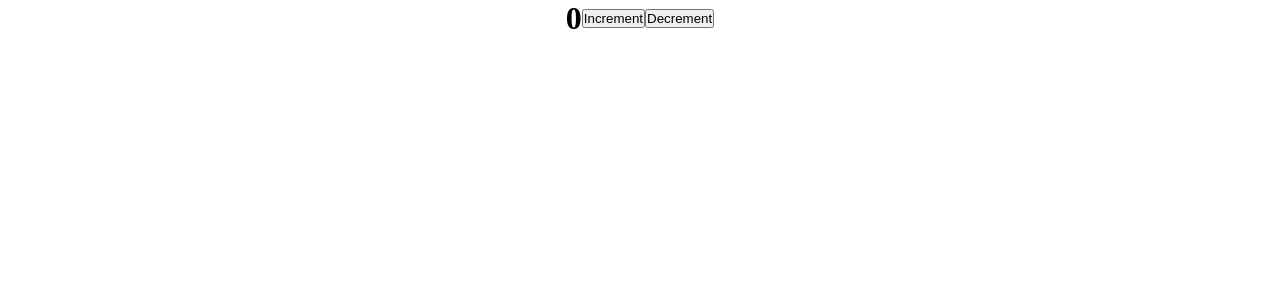
Repository: Ellisvelandia/react_introduction_test
Page: /
An editor plug-in stored every save of this project. The page is shown before and after the next save, followed by the edit.
The browser window is 1280 px wide. The pictures show the whole page.
The project was rebuilt for these pictures with package versions that can differ from the ones it lists, and the page was loaded fresh each time. Also part of the build but not shown: src/index.css.

Above is the page before, as saved 2022-08-15 19:31:44.

After the next save:
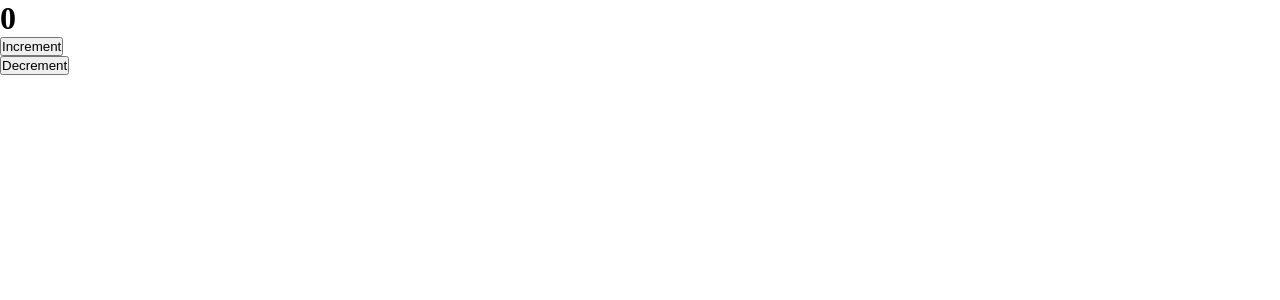
Saved 10 s later.
--- a/src/App.css
+++ b/src/App.css
@@ -4,7 +4,7 @@
   box-sizing: border-box;
 }
 
-.container {
+.container button {
   display: flex;
   justify-content: center;
   align-items: center;
